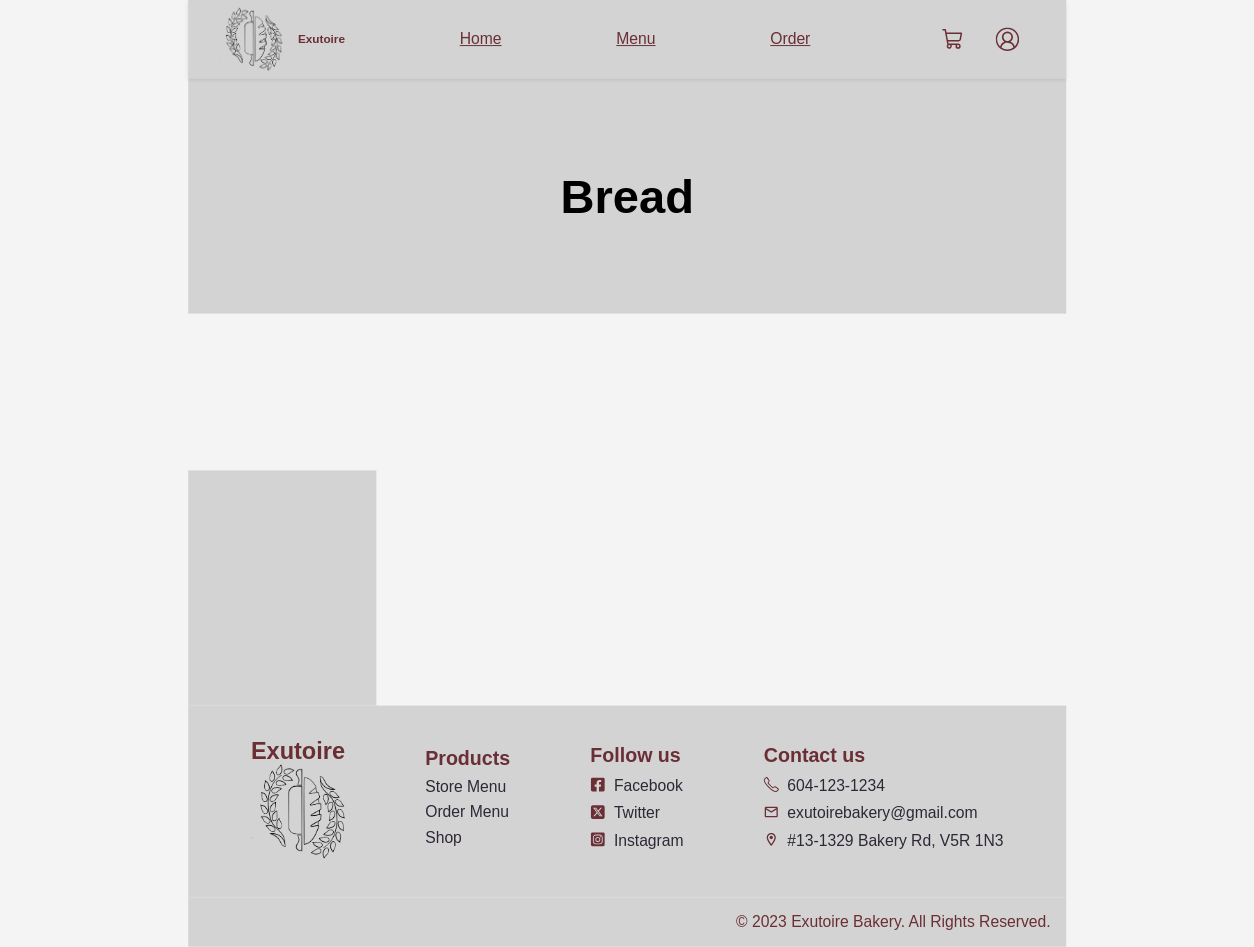
Repository: MelissaJacobi/COMP3170-final-proj
Page: /menu/bread
These files come from the project's save history. The page is drawn as it stood at one moment and after the next save; the edit follows.
The browser window is 1280 px wide. The pictures show the whole page, at 98% of full size.
The project was rebuilt for these pictures with package versions that can differ from the ones it lists, and the page was loaded fresh each time. Also part of the build but not shown: vite.config.js, src/pages/Home.module.css, src/components/Carousel.module.css, src/components/Carousel.tsx, src/components/Vision.module.css, src/components/Vision.tsx, src/components/MenuGallery.module.css, src/components/MenuGallery.tsx and 3 more.

Above is the page before, as saved 2024-10-07 19:43:52.

### src/main.jsx
import { StrictMode } from 'react'
import { createRoot } from 'react-dom/client'
import App from './App.jsx'
import './index.css'

const rootElement = document.getElementById('root');
if (rootElement) {
  createRoot(rootElement).render(
    <StrictMode>
      <App />
    </StrictMode>
  );
}

### src/App.jsx
// src/App.jsx

import { BrowserRouter as Router, Routes, Route } from 'react-router-dom';
import styles from './App.module.css';
import Header from './components/Header';
import Footer from './components/Footer';
import Home from './pages/Home';
import Menu from './pages/menu';
import Bread from './pages/Bread'; // Import Bread component

function App() {
  return (
    <Router>
      <div className={styles.appContainer}>
        <Header />
        <Routes>
          <Route path="/" element={<Home />} />
          <Route path="/menu" element={<Menu />} />
          <Route path="/menu/bread" element={<Bread />} /> {/* New route */}
        </Routes>
        <Footer />
      </div>
    </Router>
  );
}

export default App;

### src/index.css
* {
  margin: 0;
  padding: 0;
  box-sizing: border-box;
}

body {
  font-family: Arial, sans-serif;
  line-height: 1.6;
  background-color: #f4f4f4;
}

:root {
  --primary-color: lightgrey;
  --secondary-color: lightblue;
  --accent-color: #6A2E35;
  --background-color: white;
  --text-color: #2E2836;
}

### src/App.module.css
.appContainer {
    width: 70%;
    height: 100%;
    margin: auto;
}

### src/components/Header.tsx
// Header.tsx
import { Link } from 'react-router-dom';
import styles from './Header.module.css';
import logo from "../assets/images/logo.png";
import { PiShoppingCart } from "react-icons/pi";
import { VscAccount } from "react-icons/vsc";

export default function Header() {
  return (
    <div className={styles.container}>
      <div>
        <img src={logo} alt="Logo" className={styles.logo} />
        <p className={styles.siteTitle}>Exutoire</p>
      </div>
      <Link to="/" className={styles.links}>Home</Link>
      <Link to="/Menu" className={styles.links}>Menu</Link>
      <Link to="/order" className={styles.links}>Order</Link>
      <div>
        <PiShoppingCart className={styles.icon} />
        <VscAccount className={styles.icon} />
      </div>
    </div>
  );
}

### src/components/Footer.tsx
import logo from "../assets/images/logo.png"
import styles from "./Footer.module.css"
import { FaFacebookSquare } from "react-icons/fa";
import { FaSquareXTwitter } from "react-icons/fa6";
import { FaInstagramSquare } from "react-icons/fa";
import { SlPhone } from "react-icons/sl";
import { MdOutlineMailOutline } from "react-icons/md";
import { MdOutlineLocationOn } from "react-icons/md";

export default function Footer() {

  return (
    <>
      <div className={styles.container}>
        <div>
            <p className={styles.siteTitle}>Exutoire</p>
            <img src={logo} alt="Logo" className={styles.logo}/>
        </div>
        <ul>
          <p>Products</p>
          <li>Store Menu</li>
          <li>Order Menu</li>
          <li>Shop</li>
        </ul>
        <ul>
          <p>Follow us</p>
          <li><FaFacebookSquare className={styles.socialIcon}/>Facebook</li>
          <li><FaSquareXTwitter className={styles.socialIcon}/>Twitter</li>
          <li><FaInstagramSquare className={styles.socialIcon}/>Instagram</li>
        </ul>
        <ul>
          <p>Contact us</p>
          <li><SlPhone  className={styles.socialIcon}/>604-123-1234</li>
          <li><MdOutlineMailOutline className={styles.socialIcon}/>exutoirebakery@gmail.com</li>
          <li><MdOutlineLocationOn className={styles.socialIcon}/>#13-1329 Bakery Rd, V5R 1N3</li>
        </ul>
      </div>
      <p className={styles.copywrite}>© 2023 Exutoire Bakery.  All Rights Reserved.</p>
    </>
  )
}

### src/pages/Bread.jsx
import Product from "../components/product";
import styles from "./Bread.module.css"

export default function Bread() {
    return (
      <div className={styles.container}>
        <div className={styles.banner}>
            <h1>Bread</h1>
        </div>
        <div className={styles.products}>

        </div>
        <Product />
      </div>
    );
  }

### src/components/Header.module.css
.container {
    background-color: var(--primary-color);
    width: 100%;
    height: 5rem;
    display: flex;
    align-items: center;
    justify-content: space-between;
    padding: 2rem;
    position: sticky;
    top: 0;
    z-index: 1000;
    box-shadow: 0 2px 4px rgba(0, 0, 0, 0.1);
}

.logo {
    height: 4rem;
    width: 4rem;
}

.siteTitle {
    font-size: 12px;
    font-style: normal;
    font-weight: 700;
    line-height: normal;
    margin-left: 1rem;
    color: var(--accent-color)
}

.container div {
    display: flex;
    align-items: center;
}

.links {
    font-size: 16px;
    font-style: normal;
    font-weight: 400;
    line-height: normal;
    color: var(--accent-color)
}

.icon {
    height: 1.5rem;
    width: 1.5rem;
    margin: 1rem;
    color: var(--accent-color)
}

### src/components/Footer.module.css
.container {
    background-color: var(--primary-color);
    height: 100%;
    width: 100%;
    display: flex;
    align-items: center;
    justify-content: space-between;
    padding: 2rem 4rem;
}

.container div{
    text-align: center;
}

.logo {
    width: 6rem;
    height: 6rem;
}

.siteTitle {
    font-size: 24px;
    font-style: normal;
    font-weight: 700;
    line-height: normal;
    color: var(--accent-color)
}

.container ul p {
    color: var(--accent-color);
    font-size: 20px;
    font-style: normal;
    font-weight: 700;
    line-height: normal;
}

.container ul li {
    font-size: 16px;
    font-style: normal;
    font-weight: 400;
    line-height: normal;
    margin: 0.5rem 0rem;
    padding: 0;
    list-style-type: none;
    color: var(--text-color)
}

.socialIcon {
    transform: translateY(0.1rem);
    color: var(--accent-color);
    margin-right: 0.5rem;
}

.copywrite {
    width: 100%;
    text-align: right;
    padding: 1rem;
    font-size: 16px;
    font-style: normal;
    font-weight: 400;
    line-height: normal;
    color: var(--accent-color);
    background-color: var(--primary-color);
}

### src/components/product.jsx
import styles from './Product.module.css';

export default function Product() {
  return (
   <div className={styles.container}>

   </div>
);
}

### src/pages/Bread.module.css
.container {
    width: 100%;
}

.banner {
    width: 100%;
    height: 15rem;
    display: flex;
    justify-content: center;
    align-items: center;
    background-color: var(--primary-color);
}

.container h1 {
    font-size: 48px;
    font-style: normal;
    font-weight: 700;
    line-height: normal;
}

.products {
    width: 100%;
    display: flex;
    flex-wrap: wrap;
    justify-content: space-around;
    padding: 5rem;
}

### src/components/Product.module.css
.container {
    height: 15rem;
    width: 12rem;
    background-color: var(--primary-color);
}

Loaded but not shown: index.html (common file)

After the next save:
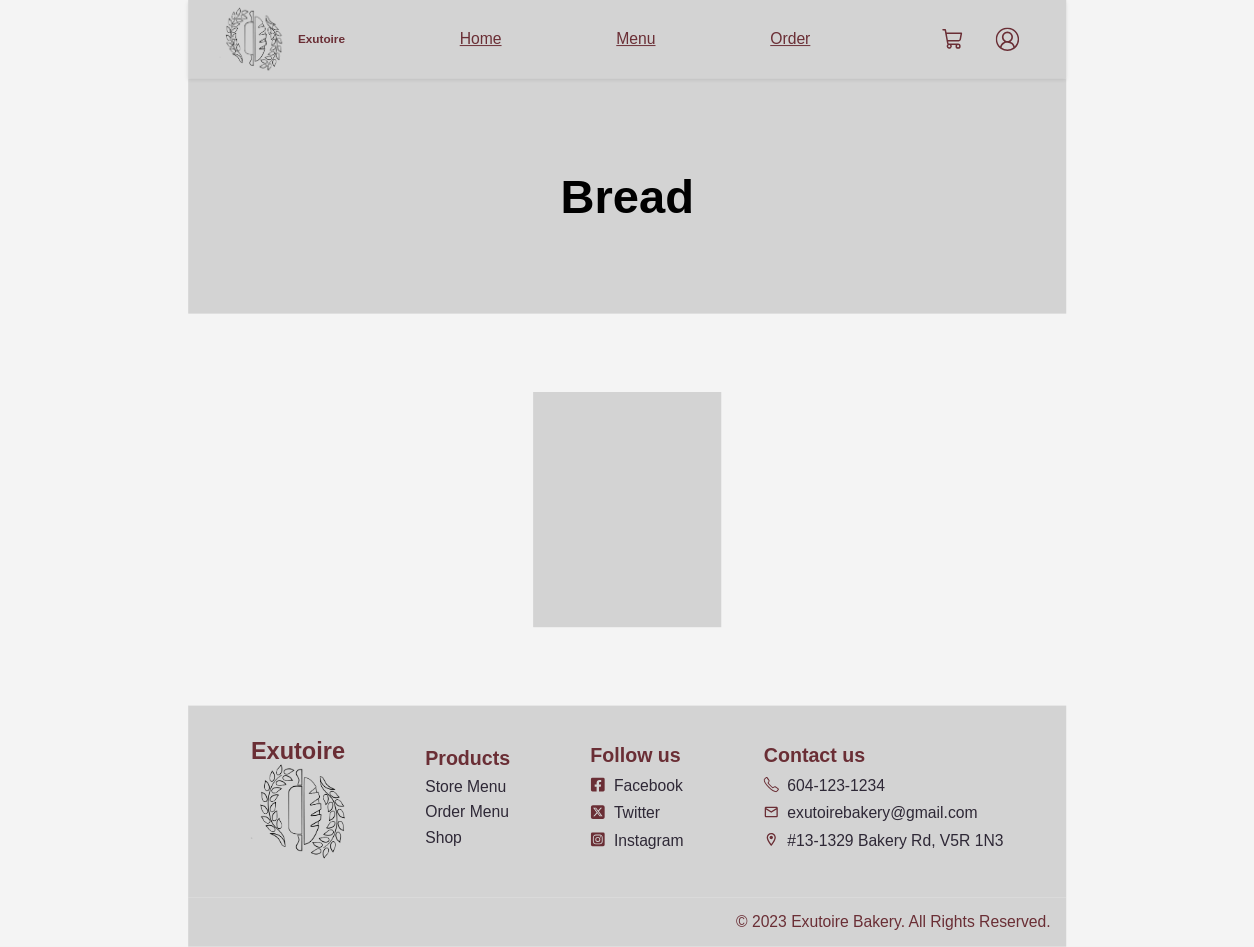
Saved 16 s later.
--- a/src/pages/Bread.jsx
+++ b/src/pages/Bread.jsx
@@ -8,9 +8,9 @@ export default function Bread() {
             <h1>Bread</h1>
         </div>
         <div className={styles.products}>
+            <Product />
+        </div>
 
-        </div>
-        <Product />
       </div>
     );
   }
